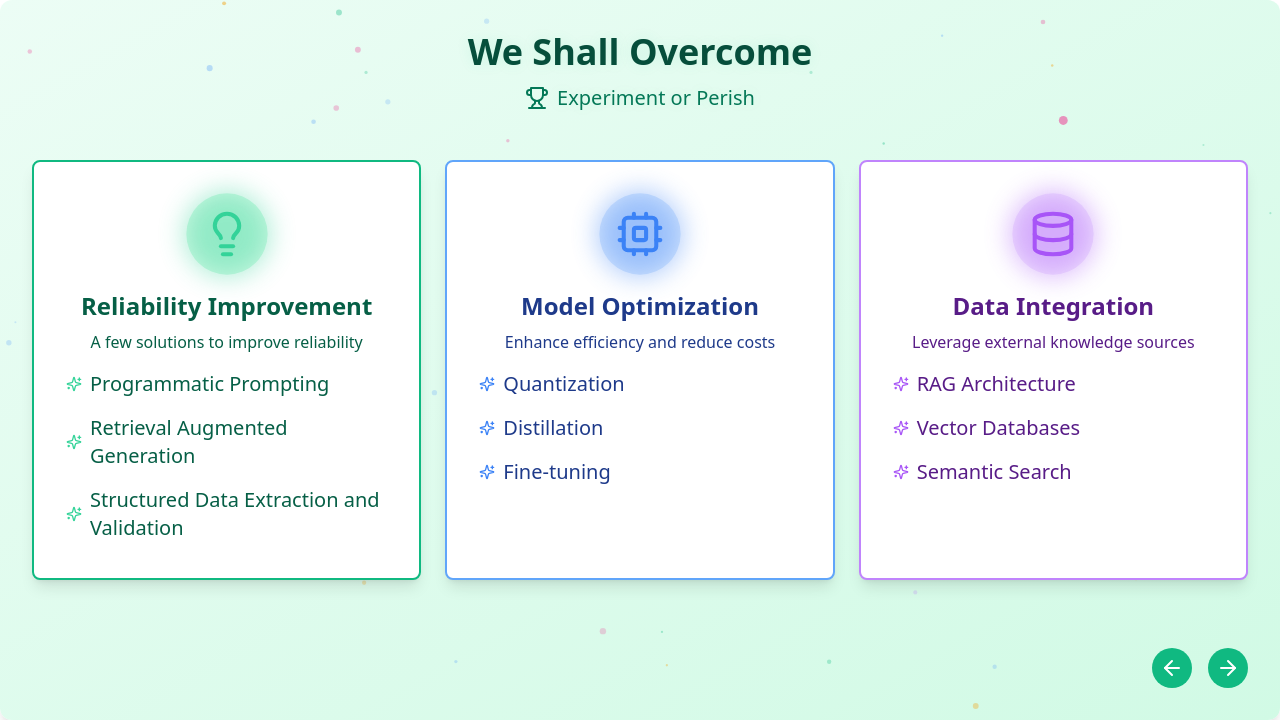
Repository: Galbaz1/dell_presentation
Page: /slide5
These files come from the project's save history. The page is drawn as it stood at one moment and after the next save; the edit follows.
The browser window is 1280 px wide. The pictures show the whole page.
The project was rebuilt for these pictures with package versions that can differ from the ones it lists, and the page was loaded fresh each time. The framework's server and built-in components were replaced by stand-ins that run in the browser. Also part of the build but not shown: styles/animations/slide1.css, styles/animations/slide2.css.

Above is the page before, as saved 2024-11-12 14:30:00.

### pages/_app.tsx
import '../styles/globals.css'
import '../styles/animations/slide1.css'
import '../styles/animations/slide2.css'
import type { AppProps } from 'next/app'

function MyApp({ Component, pageProps }: AppProps) {
  return <Component {...pageProps} />
}

export default MyApp

### pages/slide5.tsx
import React, { useState } from 'react';
import { ArrowRight, ArrowLeft, Lightbulb, Sparkles, Cpu, Database, Gauge, Zap, Trophy, ArrowUpCircle } from 'lucide-react';
import Link from 'next/link';
import { motion } from 'framer-motion';

const Slide5: React.FC = () => {
  const [hoveredSolution, setHoveredSolution] = useState<number | null>(null);

  // Enhanced particles with different colors for firework effect
  const fireworkColors = [
    '#10B981', // emerald
    '#60A5FA', // blue
    '#F59E0B', // amber
    '#C084FC', // purple
    '#EC4899', // pink
  ];

  const particles = Array.from({ length: 60 }).map((_, i) => ({
    id: i,
    x: Math.random() * 100,
    y: Math.random() * 100,
    size: Math.random() * 4 + 2,
    duration: Math.random() * 20 + 10,
    delay: Math.random() * 5,
    color: fireworkColors[Math.floor(Math.random() * fireworkColors.length)]
  }));

  // Sparkle animation variants
  const sparkleVariants = {
    initial: { scale: 0, opacity: 0 },
    animate: (i: number) => ({
      scale: [0, 1, 0],
      opacity: [0, 1, 0],
      transition: {
        duration: 2,
        repeat: Infinity,
        delay: i * 0.1,
        ease: "easeInOut"
      }
    })
  };

  // Function to create sparkles around an element
  const SparkleEffect = ({ color }: { color: string }) => {
    return Array.from({ length: 8 }).map((_, i) => (
      <motion.div
        key={i}
        className="absolute w-2 h-2"
        style={{
          background: color,
          borderRadius: '50%',
          filter: 'blur(1px)',
          transform: `rotate(${i * 45}deg) translateX(30px)`
        }}
        variants={sparkleVariants}
        custom={i}
        initial="initial"
        animate="animate"
      />
    ));
  };

  const solutions = [
    {
      icon: <Lightbulb className="w-12 h-12" />,
      title: "Reliability Improvement",
      color: {
        border: "#10B981", // emerald-400
        bg: "#D1FAE5",     // emerald-100
        text: "#065F46",   // emerald-900
        glow: "#34D399"    // emerald-400
      },
      description: "A few solutions to improve reliability",
      items: [
        "Programmatic Prompting",
        "Retrieval Augmented Generation",
        "Structured Data Extraction and Validation"
      ]
    },
    {
      icon: <Cpu className="w-12 h-12" />,
      title: "Model Optimization",
      color: {
        border: "#60A5FA", // blue-400
        bg: "#DBEAFE",     // blue-100
        text: "#1E3A8A",   // blue-900
        glow: "#3B82F6"    // blue-400
      },
      description: "Enhance efficiency and reduce costs",
      items: [
        "Quantization",
        "Distillation",
        "Fine-tuning"
      ]
    },
    {
      icon: <Database className="w-12 h-12" />,
      title: "Data Integration",
      color: {
        border: "#C084FC", // purple-400
        bg: "#F3E8FF",     // purple-100
        text: "#581C87",   // purple-900
        glow: "#A855F7"    // purple-400
      },
      description: "Leverage external knowledge sources",
      items: [
        "RAG Architecture",
        "Vector Databases",
        "Semantic Search"
      ]
    }
  ];

  const containerVariants = {
    hidden: { opacity: 0 },
    visible: {
      opacity: 1,
      transition: { staggerChildren: 0.3 }
    }
  };

  const cardVariants = {
    hidden: { y: 50, opacity: 0 },
    visible: (i: number) => ({
      y: 0,
      opacity: 1,
      transition: {
        delay: i * 0.2,
        type: "spring",
        stiffness: 100,
        damping: 15
      }
    }),
    hover: {
      y: -15,
      scale: 1.05,
      transition: {
        duration: 0.3,
        type: "spring",
        stiffness: 300
      }
    }
  };

  return (
    <div className="bg-gradient-to-br from-emerald-50 to-emerald-100 p-8 rounded-xl shadow-lg min-h-screen overflow-hidden relative">
      {/* Enhanced floating particles */}
      {particles.map((particle, i) => (
        <motion.div
          key={particle.id}
          className="absolute rounded-full"
          style={{
            width: particle.size,
            height: particle.size,
            left: `${particle.x}%`,
            top: `${particle.y}%`,
            background: particle.color,
            filter: 'blur(0.5px)'
          }}
          animate={{
            y: [0, -30, 0],
            x: [0, 15, 0],
            scale: [1, 1.5, 1],
            opacity: [0.2, 0.6, 0.2]
          }}
          transition={{
            duration: particle.duration,
            delay: particle.delay,
            repeat: Infinity,
            ease: "linear"
          }}
        />
      ))}

      {/* Header with uplifting animation */}
      <motion.div
        className="mb-12 text-center relative"
        animate={{
          textShadow: ["0 0 10px rgba(16, 185, 129, 0)", "0 0 20px rgba(16, 185, 129, 0.3)", "0 0 10px rgba(16, 185, 129, 0)"]
        }}
        transition={{ duration: 2, repeat: Infinity }}
      >
        <motion.div
          initial={{ y: -20, opacity: 0 }}
          animate={{ y: 0, opacity: 1 }}
          transition={{ duration: 0.8, type: "spring" }}
          className="flex items-center justify-center mb-3"
        >
          <h1 className="text-4xl font-bold text-emerald-900">We Shall Overcome</h1>
        </motion.div>
        <p className="text-xl text-emerald-700 flex items-center justify-center">
          <Trophy className="w-6 h-6 mr-2" />
          Experiment or Perish
        </p>
      </motion.div>

      {/* Solutions Grid */}
      <motion.div
        className="max-w-7xl mx-auto grid grid-cols-1 md:grid-cols-3 gap-6 mb-12"
        variants={containerVariants}
        initial="hidden"
        animate="visible"
      >
        {solutions.map((solution, index) => (
          <motion.div
            key={solution.title}
            className="bg-white p-8 rounded-lg shadow-lg cursor-pointer transform transition-all duration-300 relative"
            style={{
              borderWidth: 2,
              borderStyle: 'solid',
              borderColor: solution.color.border,
              minHeight: '420px'
            }}
            variants={cardVariants}
            custom={index}
            whileHover="hover"
            onHoverStart={() => setHoveredSolution(index)}
            onHoverEnd={() => setHoveredSolution(null)}
          >
            {/* Add sparkle effects around the card when hovered */}
            {hoveredSolution === index && (
              <div className="absolute inset-0 -m-4">
                <SparkleEffect color={solution.color.glow} />
              </div>
            )}

            {/* Icon with animation */}
            <motion.div
              className="w-20 h-20 rounded-full flex items-center justify-center mb-4 mx-auto relative"
              style={{ backgroundColor: solution.color.bg }}
              animate={{
                rotate: hoveredSolution === index ? [0, 360] : 0,
                scale: [1, 1.1, 1]
              }}
              transition={{ duration: 3, repeat: Infinity }}
            >
              <motion.div
                className="absolute inset-0 rounded-full filter blur-md"
                style={{ backgroundColor: solution.color.glow }}
                animate={{
                  scale: [1, 1.2, 1],
                  opacity: [0.3, 0.6, 0.3]
                }}
                transition={{ duration: 2, repeat: Infinity }}
              />
              <div style={{ color: solution.color.glow }}>
                {solution.icon}
              </div>
            </motion.div>

            <h2 className="text-2xl font-bold text-center mb-2" style={{ color: solution.color.text }}>
              {solution.title}
            </h2>
            <p className="text-center mb-4" style={{ color: solution.color.text }}>
              {solution.description}
            </p>

            <ul className="space-y-4">
              {solution.items.map((item, i) => (
                <motion.li
                  key={i}
                  className="flex items-center relative text-xl"
                  style={{ color: solution.color.text }}
                  initial={{ x: -10, opacity: 0 }}
                  animate={{ x: 0, opacity: 1 }}
                  transition={{ delay: index * 0.2 + i * 0.1 }}
                >
                  <div className="relative">
                    <Sparkles
                      className="w-4 h-4 mr-2 flex-shrink-0"
                      style={{ color: solution.color.glow }}
                    />
                    {hoveredSolution === index && (
                      <motion.div
                        className="absolute -inset-1"
                        animate={{
                          scale: [1, 1.5, 1],
                          opacity: [0.5, 1, 0.5]
                        }}
                        transition={{
                          duration: 1.5,
                          repeat: Infinity,
                          delay: i * 0.2
                        }}
                      >
                        <Sparkles
                          className="w-4 h-4"
                          style={{ color: solution.color.glow }}
                        />
                      </motion.div>
                    )}
                  </div>
                  {item}
                </motion.li>
              ))}
            </ul>

            {/* Success indicator */}
            <motion.div
              className="absolute -right-2 -top-2 rounded-full p-2"
              style={{ backgroundColor: solution.color.glow }}
              initial={{ scale: 0 }}
              animate={{ scale: hoveredSolution === index ? 1 : 0 }}
              transition={{ type: "spring", stiffness: 500 }}
            >
              <Zap className="w-4 h-4 text-white" />
            </motion.div>
          </motion.div>
        ))}
      </motion.div>

      {/* Navigation */}
      <div className="absolute bottom-8 right-8 flex items-center space-x-4">
        <Link href="/slide4" className="bg-emerald-500 hover:bg-emerald-600 text-white p-2 rounded-full transition-colors">
          <ArrowLeft className="w-6 h-6" />
        </Link>
        <Link href="/slide7" className="bg-emerald-500 hover:bg-emerald-600 text-white p-2 rounded-full transition-colors">
          <ArrowRight className="w-6 h-6" />
        </Link>
      </div>
    </div>
  );
};

export default Slide5;

### styles/globals.css
@tailwind base;
@tailwind components;
@tailwind utilities;

@keyframes fallAndBounce {
  0% {
    transform: translateY(-100%) translateX(-50%);
  }
  70% {
    transform: translateY(140%) translateX(-50%);
  }
  75% {
    transform: translateY(130%) translateX(-50%);
  }
  80% {
    transform: translateY(135%) translateX(-50%);
  }
  85% {
    transform: translateY(128%) translateX(-50%);
  }
  90% {
    transform: translateY(132%) translateX(-50%);
  }
  100% {
    transform: translateY(0%) translateX(-50%);
  }
}

@keyframes developerFall {
  0%, 69% {
    transform: translateX(-50%) rotate(0deg);
  }
  100% {
    transform: translateX(100%) rotate(90deg);
  }
}

@keyframes pulsate {
  0% {
    transform: translateY(0%) translateX(-50%) scale(1);
  }
  8% {
    transform: translateY(0%) translateX(-50%) scale(1.15);
  }
  10% {
    transform: translateY(0%) translateX(-50%) scale(1.1);
  }
  18% {
    transform: translateY(0%) translateX(-50%) scale(1.35);
  }
  20% {
    transform: translateY(0%) translateX(-50%) scale(1.3);
  }
  28% {
    transform: translateY(0%) translateX(-50%) scale(1.55);
  }
  30% {
    transform: translateY(0%) translateX(-50%) scale(1.5);
  }
  38% {
    transform: translateY(0%) translateX(-50%) scale(1.75);
  }
  40% {
    transform: translateY(0%) translateX(-50%) scale(1.7);
  }
  48% {
    transform: translateY(0%) translateX(-50%) scale(1.95);
  }
  50% {
    transform: translateY(0%) translateX(-50%) scale(1.9);
  }
  100% {
    transform: translateY(0%) translateX(-50%) scale(2);
  }
}

@keyframes explodePiece {
  0% {
    transform: translate(0, 0) rotate(0);
    opacity: 1;
  }
  100% {
    transform: translate(var(--tx), 1000px) rotate(var(--tr));
    opacity: 0;
  }
}

.animate-fall-bounce {
  animation:
    fallAndBounce 3s cubic-bezier(0.4, 0, 0.2, 1) forwards,
    pulsate 8s cubic-bezier(0.4, 0, 0.2, 1) 5s forwards;
}

.animate-developer-fall {
  animation: developerFall 1.2s cubic-bezier(0.4, 0, 0.2, 1) forwards;
  animation-delay: 2.1s;
}

.explosion-piece {
  position: absolute;
  animation: explodePiece 2s cubic-bezier(0.4, 0, 0.2, 1) forwards;
  animation-delay: 16s; /* 5s wait + 8s growth + 3s wait */
}

### tailwind.config.js
/** @type {import('tailwindcss').Config} */
module.exports = {
  content: [
    "./pages/**/*.{js,ts,jsx,tsx}",
    "./components/**/*.{js,ts,jsx,tsx}",
    "./styles/**/*.css",
  ],
  theme: {
    extend: {},
  },
  plugins: [],
}

After the next save:
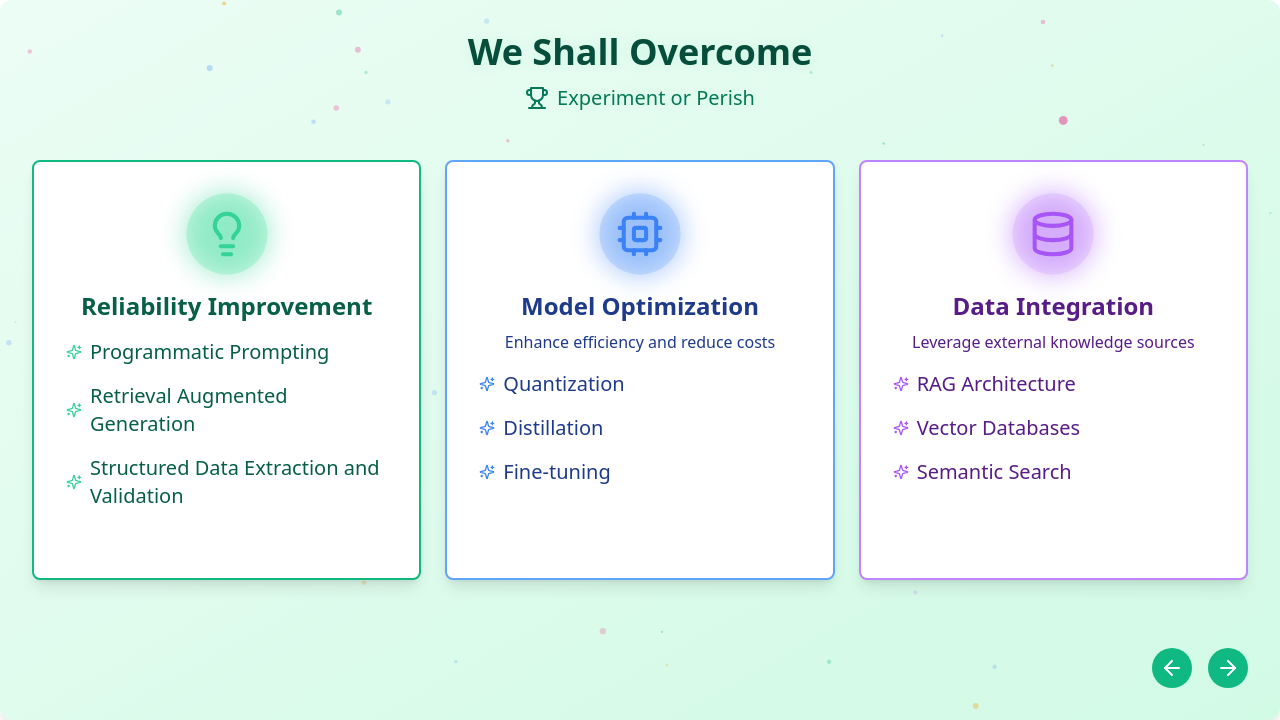
Saved 34 s later.
--- a/pages/slide5.tsx
+++ b/pages/slide5.tsx
@@ -70,7 +70,6 @@ const Slide5: React.FC = () => {
         text: "#065F46",   // emerald-900
         glow: "#34D399"    // emerald-400
       },
-      description: "A few solutions to improve reliability",
       items: [
         "Programmatic Prompting",
         "Retrieval Augmented Generation",
